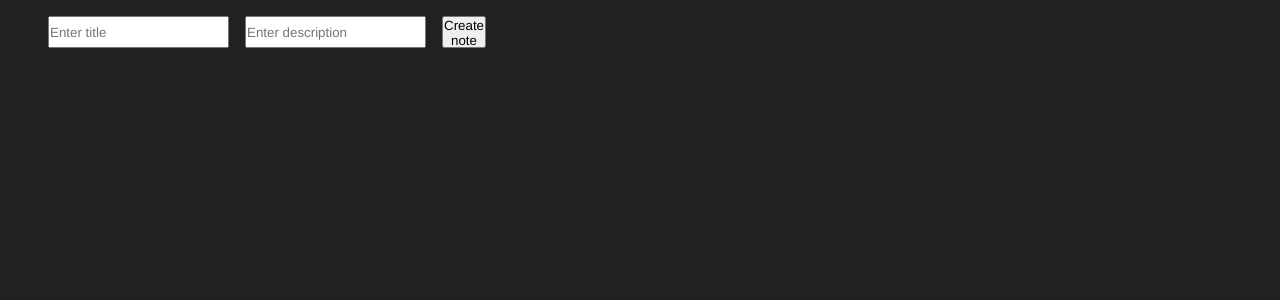
Repository: nileshwankhede03/The-Origin-Backend
Page: / (app in Fullstack/Frontend/FrontEnd/)
The author's editor kept a copy of each file at every save. The page is drawn from the files as they stood at one save, then again after the next save.
The browser window is 1280 px wide. The pictures show the whole page.
The page's requests for data from a server got no answer. The project was rebuilt for these pictures with package versions that can differ from the ones it lists, and the page was loaded fresh each time. No one was signed in, and anything a server would have sent is missing. Also part of the build but not shown: Fullstack/Frontend/FrontEnd/vite.config.js.

Above is the page before, as saved 2026-02-02 22:29:09.

After the next save:
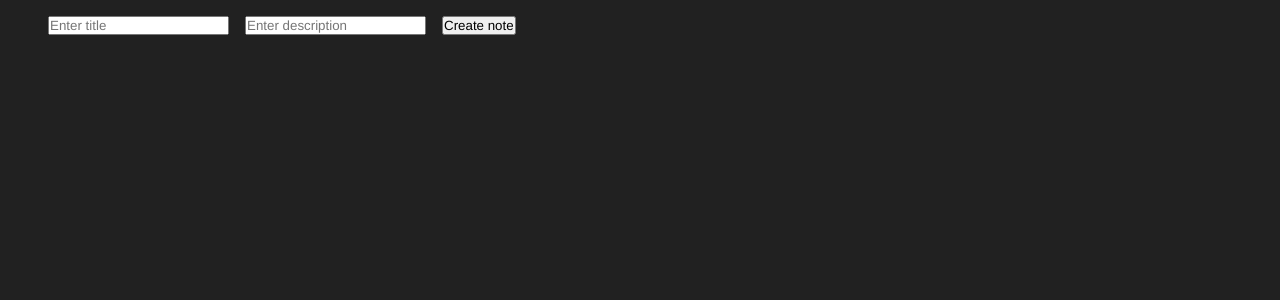
Saved 19 s later.
--- a/Fullstack/Frontend/FrontEnd/src/index.css
+++ b/Fullstack/Frontend/FrontEnd/src/index.css
@@ -31,10 +31,7 @@ html{
   color: rgb(255, 253, 249);
 }
 
-.note-create-form{
-  height: 4rem;
-  width: 6rem;
-}
+
 .note-create-form{
   display: flex;
   gap: 1rem;
